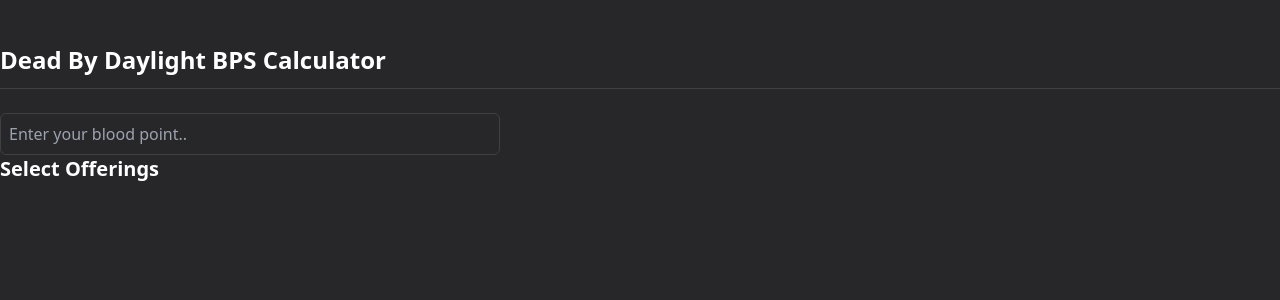
Repository: serhatgundogdu/Survivor-Bloodpoint-Calculator
Page: /
An editor plug-in stored every save of this project. The page is shown before and after a run of saves, followed by the edit.
The browser window is 1280 px wide. The pictures show the whole page.
The project was rebuilt for these pictures with package versions that can differ from the ones it lists, and the page was loaded fresh each time. Also part of the build but not shown: vite.config.js.

Above is the page before, as saved 2023-06-13 14:51:57.

### src/App.jsx
function App() {
  return (
    <div className="container mx-auto mt-8">
      <header className="w-full border-b border-zinc-700 py-3 mb-6">
        <h1 className="text-2xl font-bold">Dead By Daylight BPS Calculator</h1>
      </header>

      <section className="max-w-[500px]">
        <input
          type="number"
          placeholder="Enter your blood point.."
          className="bg-transparent border border-zinc-700 rounded-md py-2 px-2 outline-none w-full text-white placeholder:text-gray-400 appearance-none "
        />
      </section>

      <section>
        <h2 className="text-xl font-bold">Select Offerings</h2>
      </section>
    </div>
  );
}

export default App;

### src/index.css
@tailwind base;
@tailwind components;
@tailwind utilities;

@layer components {
  body {
    @apply bg-zinc-800 text-white;
  }

  input::-webkit-outer-spin-button,
  input::-webkit-inner-spin-button {
    -webkit-appearance: none;
    margin: 0;
  }
}

Loaded but not shown: index.html (common file); src/main.jsx (common file); tailwind.config.js (common file)

After the next 4 saves:
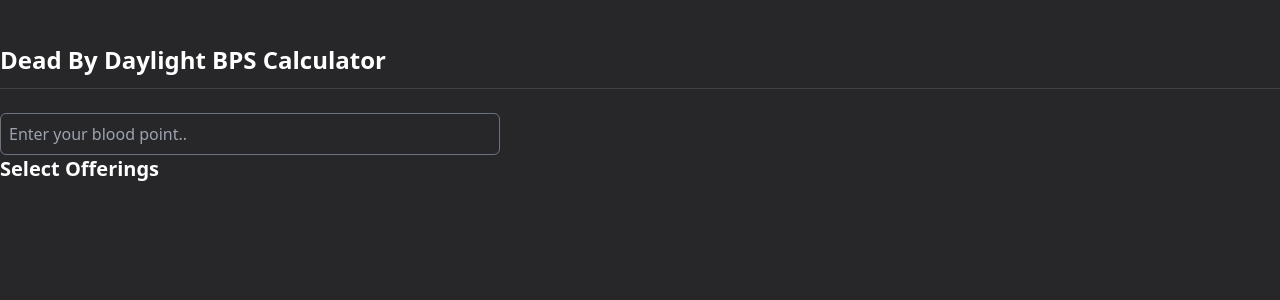
The 4 saves are shown as one change because they came seconds apart.
The last was saved 32 s later.
--- a/src/App.jsx
+++ b/src/App.jsx
@@ -9,7 +9,7 @@
         <input
           type="number"
           placeholder="Enter your blood point.."
-          className="bg-transparent border border-zinc-700 rounded-md py-2 px-2 outline-none w-full text-white placeholder:text-gray-400 appearance-none "
+          className="bg-transparent border border-gray-500 rounded-md py-2 px-2 outline-none w-full text-white placeholder:text-gray-400 appearance-none "
         />
       </section>
 
